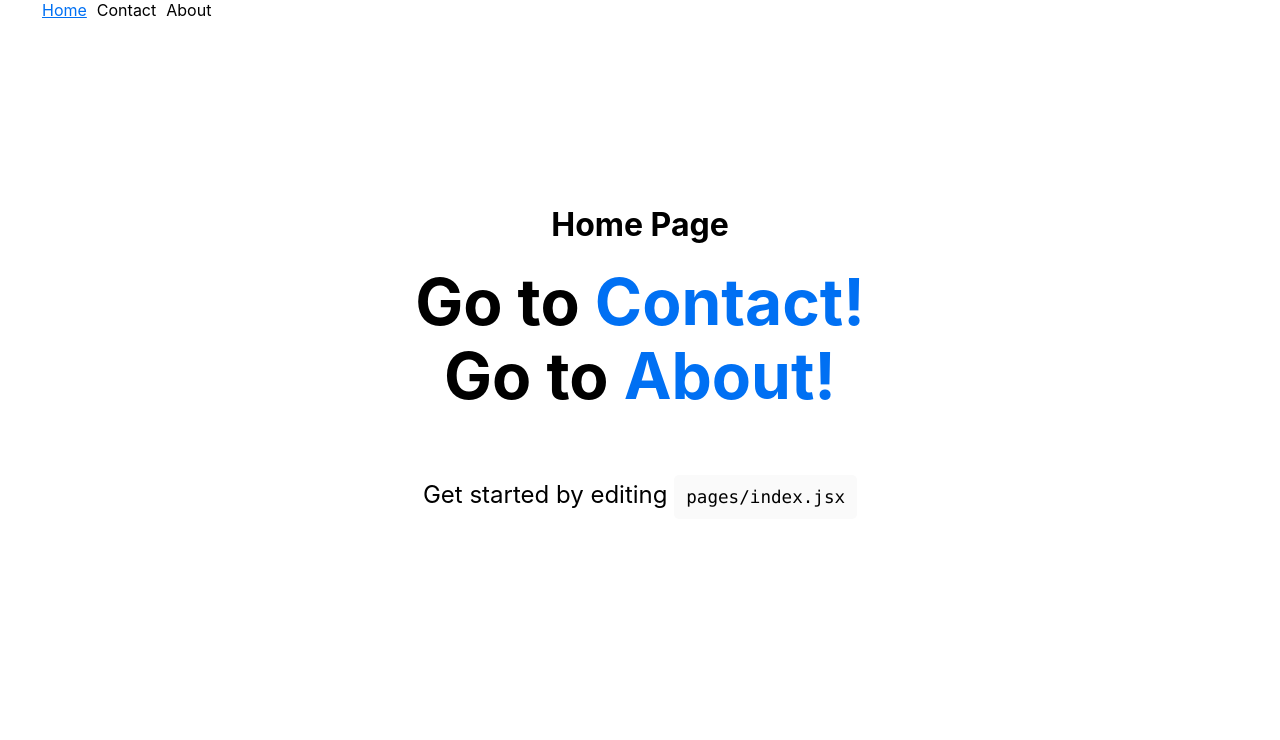
Repository: juagarc4/next-vercel-deploy
Page: /
An editor plug-in stored every save of this project. The page is shown before and after the next save, followed by the edit.
The browser window is 1280 px wide. The pictures show the whole page.
The project was rebuilt for these pictures with package versions that can differ from the ones it lists, and the page was loaded fresh each time. The framework's server and built-in components were replaced by stand-ins that run in the browser. Also part of the build but not shown: next.config.js.

Above is the page before, as saved 2022-04-29 08:37:09.

### pages/index.jsx
import Head from 'next/head'
import Link from 'next/link'
import { Navbar } from '../components/Navbar'
import styles from '../styles/Home.module.css'

export default function HomePage() {
  return (
    <div className={styles.container}>
      <Head>
        <title>Home - Initial App</title>
        <meta name='description' content='Home Page' />
        <link rel='icon' href='/favicon.ico' />
      </Head>
     <Navbar/>
      <main className={styles.main}>
        <h1>Home Page</h1>
        <h1 className={styles.title}>
          Go to <Link href='/contact'>Contact!</Link>
        </h1>
        <h1 className={styles.title}>
          Go to <Link href='/about'>About!</Link>
        </h1>

        <p className={styles.description}>
          Get started by editing <code className={styles.code}>pages/index.jsx</code>
        </p>
      </main>
    </div>
  )
}

### components/Navbar.jsx
import styles from './Navbar.module.css'
import { ActiveLink } from './ActiveLink'

export const Navbar = () => {
  return (
    <nav className={styles.menu}>
      <ActiveLink text='Home' href='/' />
      <ActiveLink text='Contact'href='/contact' />
      <ActiveLink text='About' href='/about'/>
    </nav>
  )
}

### components/Navbar.module.css
.menu a {
  padding: 0 0 0 10px;
}

### components/ActiveLink.jsx
import { useRouter } from "next/router"
import Link from "next/link"

const style = {
  color: '#0070f3',
  textDecoration:'underline'
}

export const ActiveLink = ({text, href}) => {
  const { asPath } = useRouter()

  return (
    <Link href={href}>
      <a style={asPath === href ? style : null}>{text}</a>
    </Link>
  )
}

### components/layouts/MainLayout.jsx
import Head from 'next/head'

import { Navbar } from '../Navbar'
import styles from './MainLayout.module.css'

export const MainLayout = ({children}) => {
  return (
    <div className={styles.container}>
      <Head>
        <title>Home - Initial App</title>
        <meta name='description' content='Home Page' />
        <link rel='icon' href='/favicon.ico' />
      </Head>
     <Navbar/>
      <main className={styles.main}>
        {children}
      </main>
    </div>
  )
}

### components/layouts/MainLayout.module.css
.container {
  padding: 0 2rem;
}

.main {
  min-height: 100vh;
  padding: 4rem 0;
  flex: 1;
  display: flex;
  flex-direction: column;
  justify-content: center;
  align-items: center;
}

.footer {
  display: flex;
  flex: 1;
  padding: 2rem 0;
  border-top: 1px solid #eaeaea;
  justify-content: center;
  align-items: center;
}

.footer a {
  display: flex;
  justify-content: center;
  align-items: center;
  flex-grow: 1;
}

.title a {
  color: #0070f3;
  text-decoration: none;
}

.title a:hover,
.title a:focus,
.title a:active {
  text-decoration: underline;
}

.title {
  margin: 0;
  line-height: 1.15;
  font-size: 4rem;
}

.title,
.description {
  text-align: center;
}

.description {
  margin: 4rem 0;
  line-height: 1.5;
  font-size: 1.5rem;
}

.code {
  background: #fafafa;
  border-radius: 5px;
  padding: 0.75rem;
  font-size: 1.1rem;
  font-family: Menlo, Monaco, Lucida Console, Liberation Mono, DejaVu Sans Mono,
    Bitstream Vera Sans Mono, Courier New, monospace;
}

.grid {
  display: flex;
  align-items: center;
  justify-content: center;
  flex-wrap: wrap;
  max-width: 800px;
}

.card {
  margin: 1rem;
  padding: 1.5rem;
  text-align: left;
  color: inherit;
  text-decoration: none;
  border: 1px solid #eaeaea;
  border-radius: 10px;
  transition: color 0.15s ease, border-color 0.15s ease;
  max-width: 300px;
}

.card:hover,
.card:focus,
.card:active {
  color: #0070f3;
  border-color: #0070f3;
}

.card h2 {
  margin: 0 0 1rem 0;
  font-size: 1.5rem;
}

.card p {
  margin: 0;
  font-size: 1.25rem;
  line-height: 1.5;
}

.logo {
  height: 1em;
  margin-left: 0.5rem;
}

@media (max-width: 600px) {
  .grid {
    width: 100%;
    flex-direction: column;
  }
}

Loaded but not shown: pages/_app.js (common file); styles/globals.css (common file); styles/Home.module.css (common file)

After the next save:
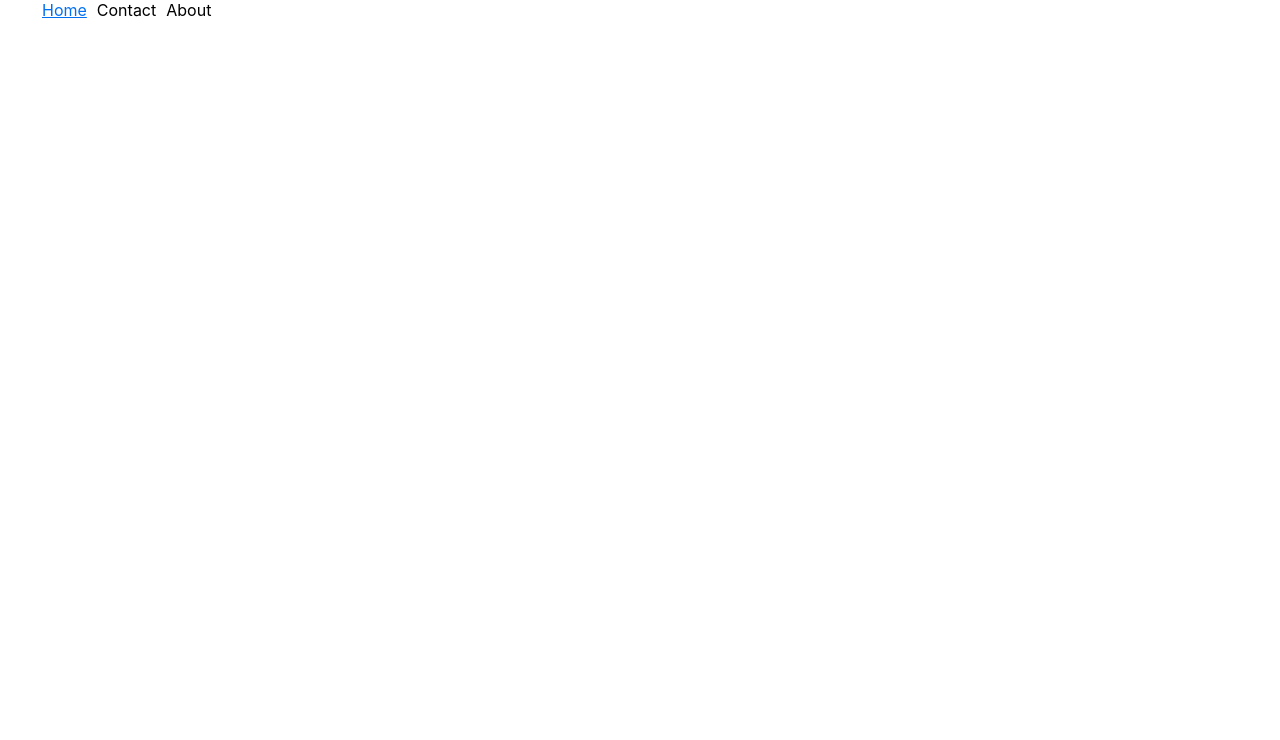
Saved 2 min 12 s later.
--- a/pages/index.jsx
+++ b/pages/index.jsx
@@ -13,17 +13,7 @@
       </Head>
      <Navbar/>
       <main className={styles.main}>
-        <h1>Home Page</h1>
-        <h1 className={styles.title}>
-          Go to <Link href='/contact'>Contact!</Link>
-        </h1>
-        <h1 className={styles.title}>
-          Go to <Link href='/about'>About!</Link>
-        </h1>
 
-        <p className={styles.description}>
-          Get started by editing <code className={styles.code}>pages/index.jsx</code>
-        </p>
       </main>
     </div>
   )

After the 4 saves that followed:
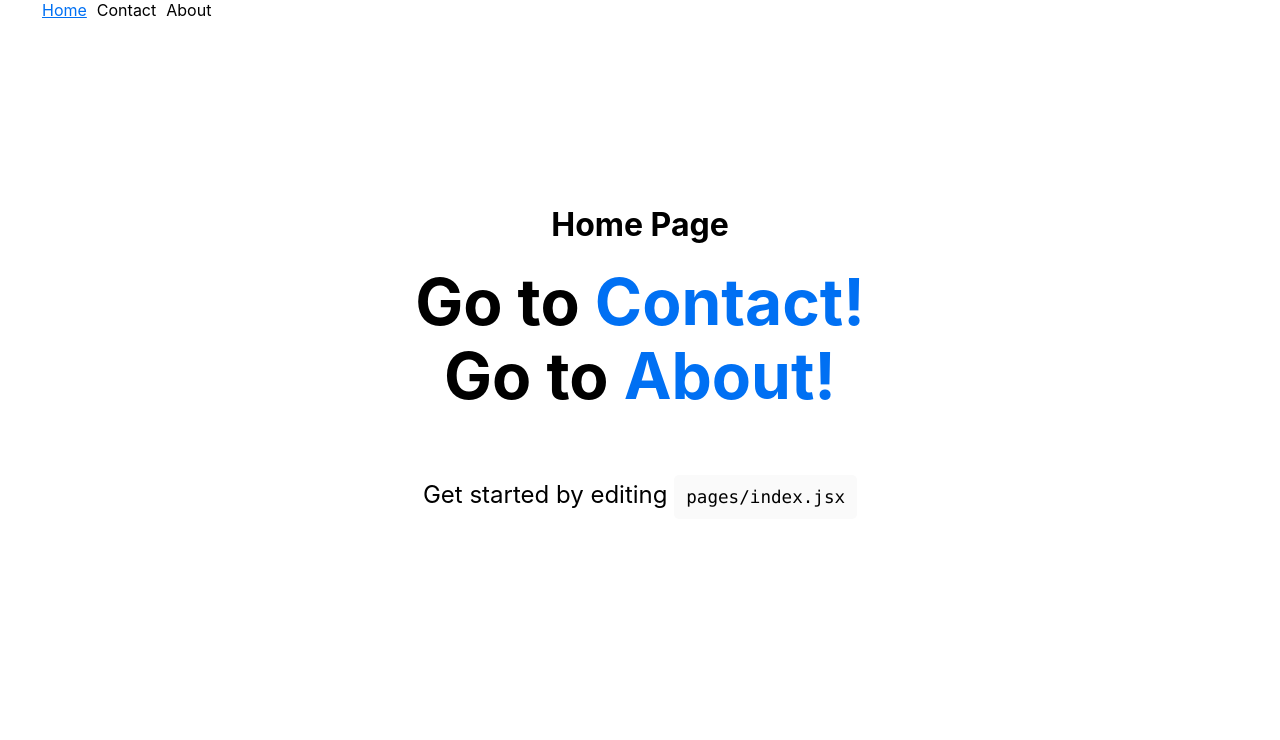
The 4 saves are shown as one change because 1 left the picture as it was and some came seconds apart.
The last was saved 19 s later.
--- a/pages/index.jsx
+++ b/pages/index.jsx
@@ -1,20 +1,23 @@
 import Head from 'next/head'
 import Link from 'next/link'
+import { MainLayout } from '../components/layouts/MainLayout'
 import { Navbar } from '../components/Navbar'
 import styles from '../styles/Home.module.css'
 
 export default function HomePage() {
   return (
-    <div className={styles.container}>
-      <Head>
-        <title>Home - Initial App</title>
-        <meta name='description' content='Home Page' />
-        <link rel='icon' href='/favicon.ico' />
-      </Head>
-     <Navbar/>
-      <main className={styles.main}>
+    <MainLayout>
+      <h1>Home Page</h1>
+        <h1 className={styles.title}>
+          Go to <Link href='/contact'>Contact!</Link>
+        </h1>
+        <h1 className={styles.title}>
+          Go to <Link href='/about'>About!</Link>
+        </h1>
 
-      </main>
-    </div>
+        <p className={styles.description}>
+          Get started by editing <code className={styles.code}>pages/index.jsx</code>
+        </p>
+      </MainLayout>
   )
 }
